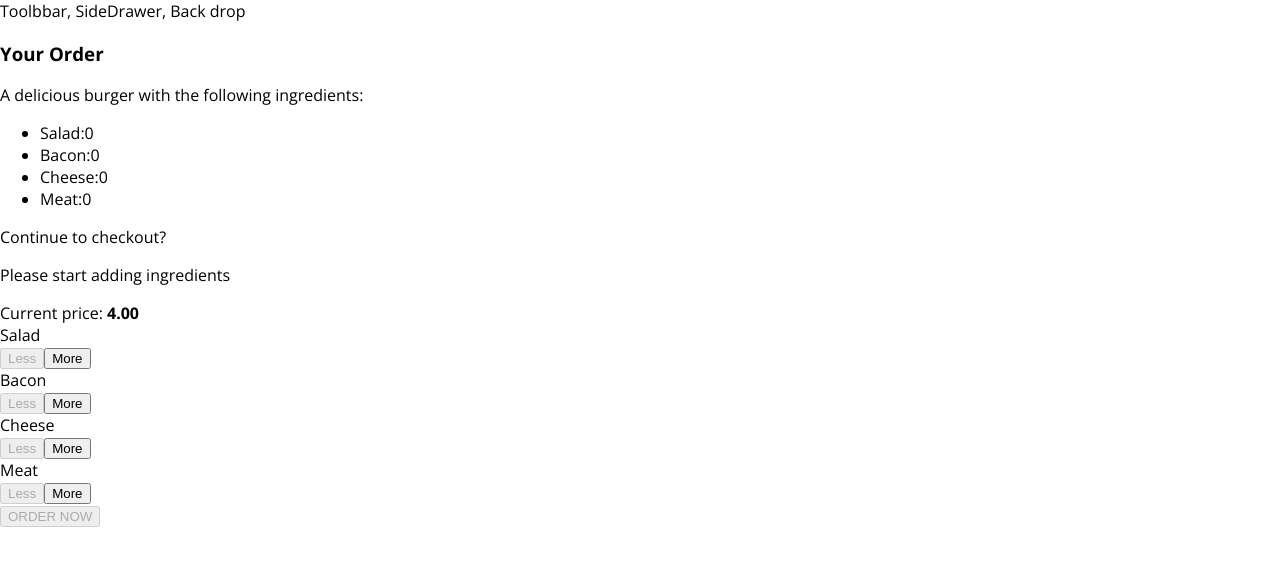
Repository: dunbom6612/burger-builder-app
Page: /
These files come from the project's save history. The page is drawn as it stood at one moment and after the next save; the edit follows.
The browser window is 1280 px wide. The pictures show the whole page.
The project was rebuilt for these pictures with package versions that can differ from the ones it lists, and the page was loaded fresh each time. Also part of the build but not shown: src/components/Layout/Layout.css, src/components/Burger/Burgeringredient/Burgeringredient.css, src/components/Burger/Burger.css, src/components/BuildControls/BuildControls.css, src/components/BuildControls/BuildControl/BuildControl.css, src/components/UI/Modal/Modal.css.

Above is the page before, as saved 2020-08-01 08:54:53.

After the next save:
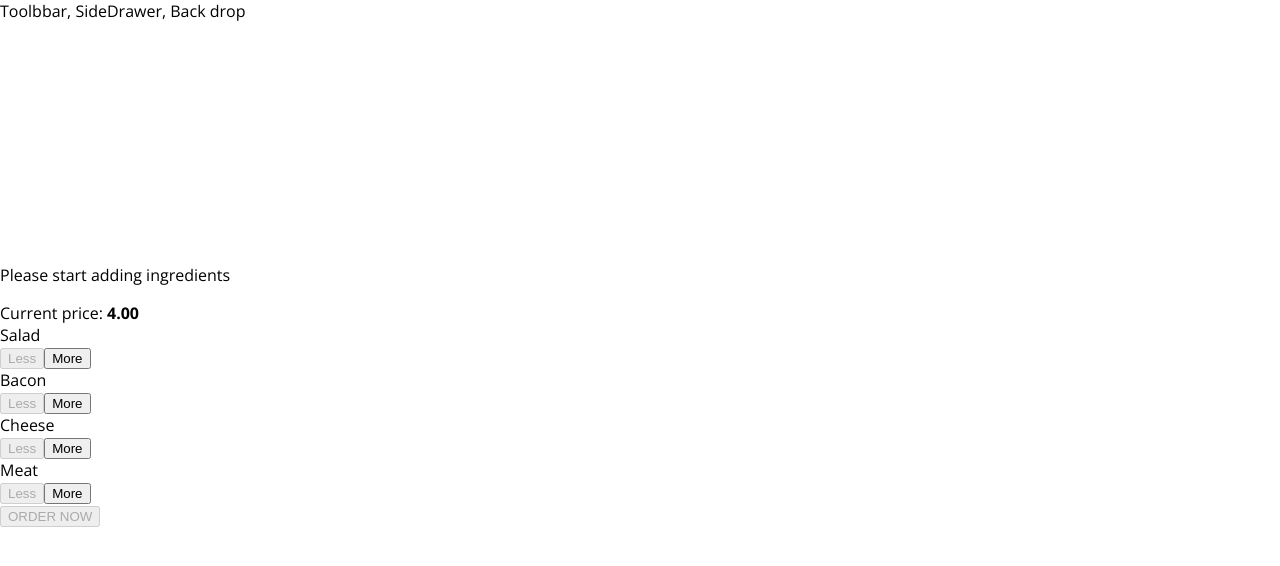
Saved 85 s later.
--- a/src/components/UI/Modal/Modal.js
+++ b/src/components/UI/Modal/Modal.js
@@ -2,7 +2,10 @@ import React from 'react';
 import classes from './Modal.css';
 
 const modal = (props) => (
-    <div className={classes.Modal}>
+    <div
+        className={classes.Modal}
+        style={{transform: props.show ? 'translateY(0)' : 'translateY(-100vh)',
+        }}>
         {props.children}
     </div>
 );
